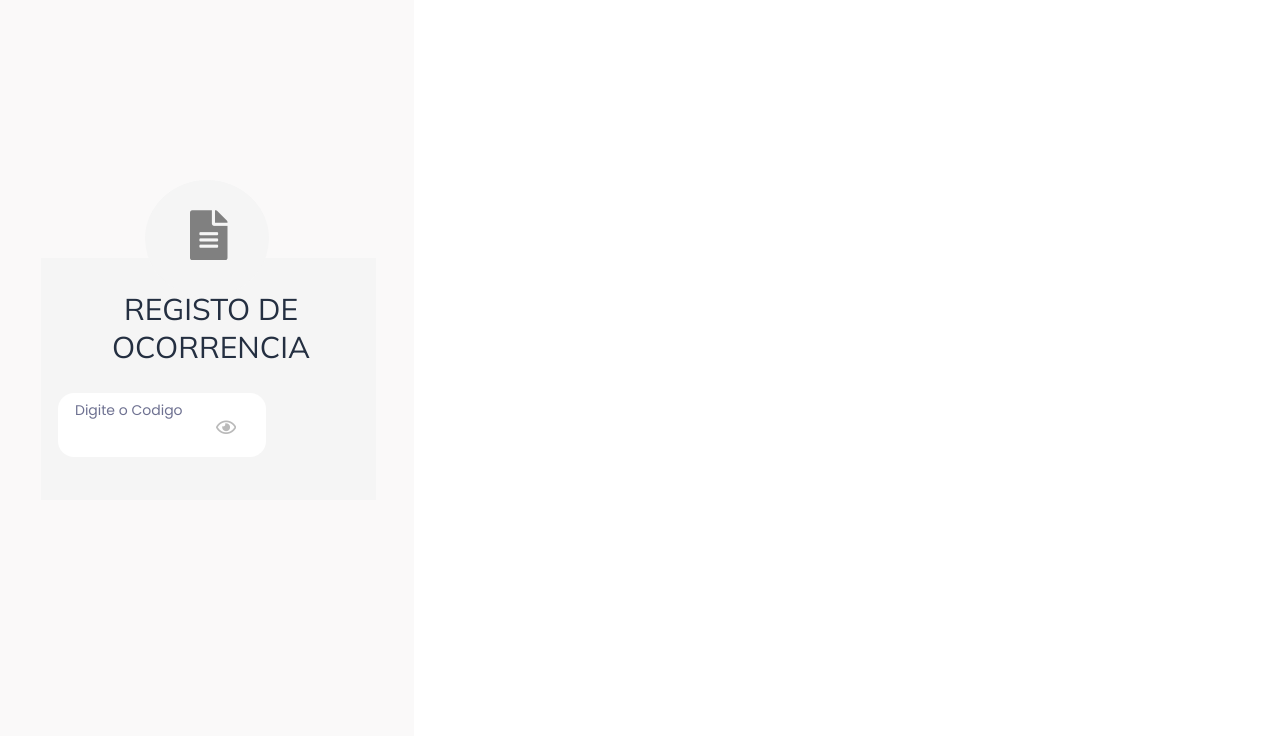
Repository: UnivMinho/D12_frontend
Page: Responsável no Terreno/Front-Office/RegistoOcorrencia.html
The author's editor kept a record of every edit. The page is drawn from the files as they stood at one moment, then again after the next edit.
The browser window is 1280 px wide. The pictures show the whole page.
Some web libraries are served in a nearby version.

Above is the page before.

After the next edit:
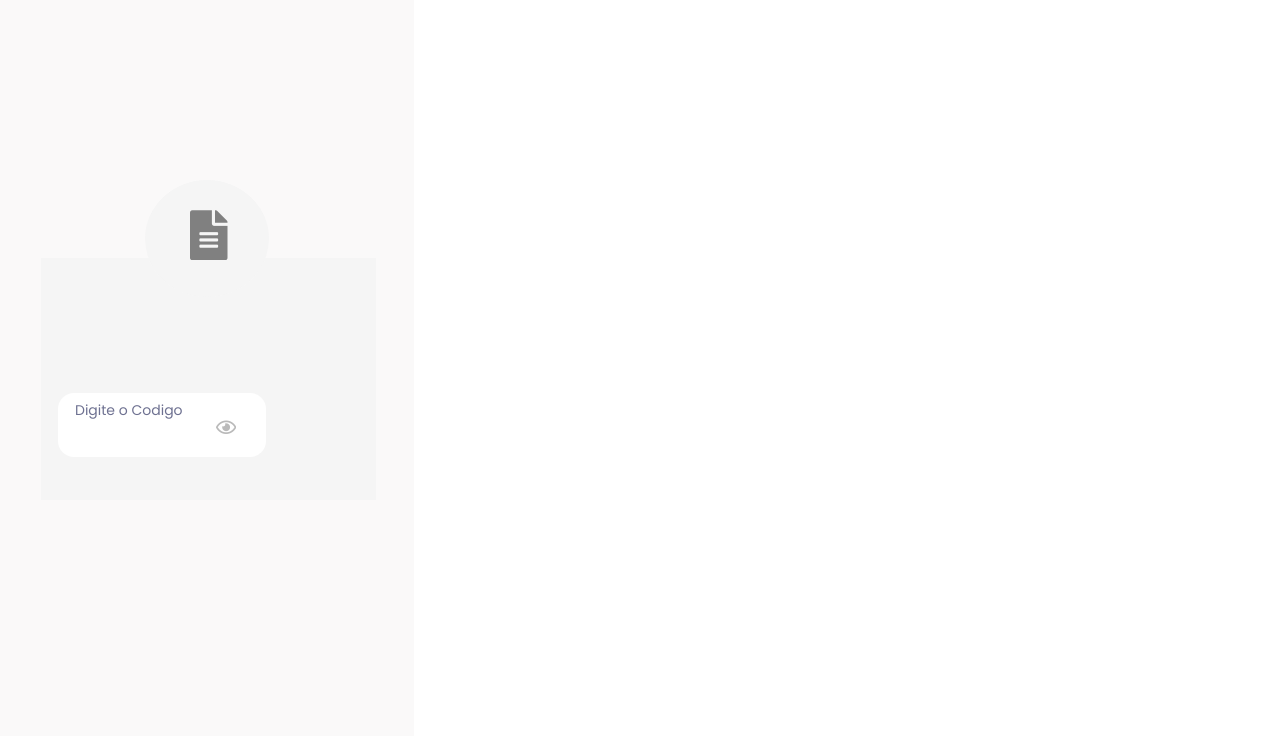
Console error: TypeError: Cannot set properties of null (setting 'onclick')
The edit:
--- a/Responsável no Terreno/Front-Office/RegistoOcorrencia.html
+++ b/Responsável no Terreno/Front-Office/RegistoOcorrencia.html
@@ -39,7 +39,7 @@
     </div>
 
         <button id="buttonbackRegistoOcorrencia" class="fas fa-chevron-left" onclick="goBack()"></button>
-        <span class="textoRegistoOcorrencia">REGISTO DE OCORRENCIA</span>
+        <script type="text/javascript" src="RegistoOcorrencia.js"></script>
     </div>
 
 </body>

After the edit that followed:
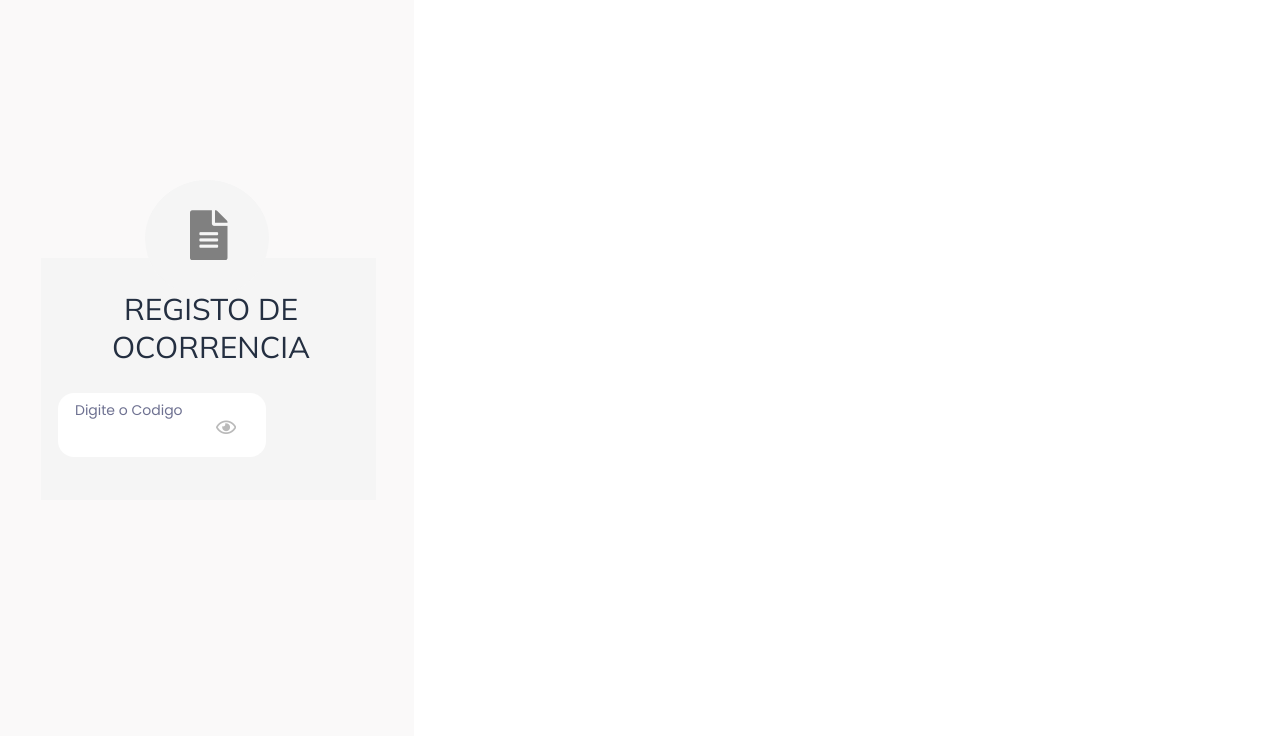
The edit:
--- a/Responsável no Terreno/Front-Office/RegistoOcorrencia.html
+++ b/Responsável no Terreno/Front-Office/RegistoOcorrencia.html
@@ -37,6 +37,7 @@
         <button id="iconfourthsquarePaginaInicial" class="fas fa-user-circle"></button> <!--icon quarto quadrado-->
         <button id="iconfifthsquarePaginaInicial" class="fas fa-star"></button> <!--icon quinto quadrado-->
     </div>
+        <span class="textoRegistoOcorrencia">REGISTO DE OCORRENCIA</span>
 
         <button id="buttonbackRegistoOcorrencia" class="fas fa-chevron-left" onclick="goBack()"></button>
         <script type="text/javascript" src="RegistoOcorrencia.js"></script>
